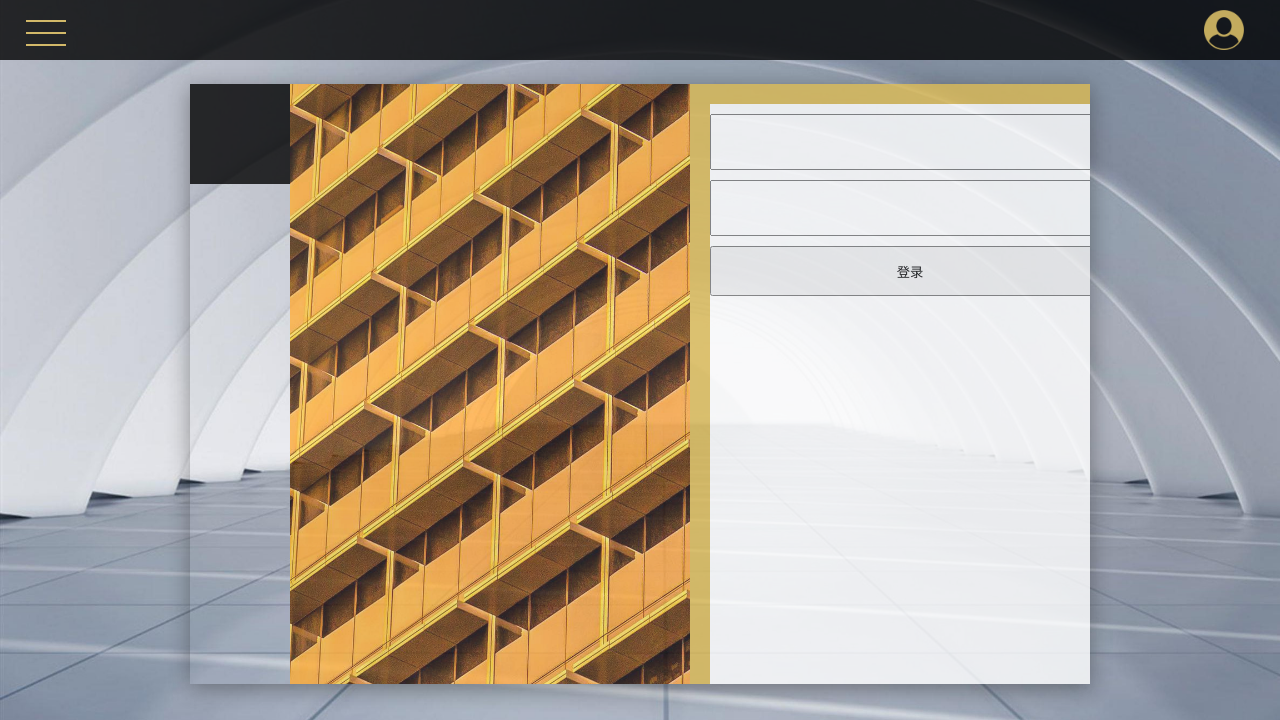
Repository: ustc-hzy/ziYang
Page: login.html
These files come from the project's save history. The page is drawn as it stood at one moment and after the next save; the edit follows.
The browser window is 1280 px wide. The pictures show the whole page.

Above is the page before, as saved 2020-06-19 13:21:05.

After the next save:
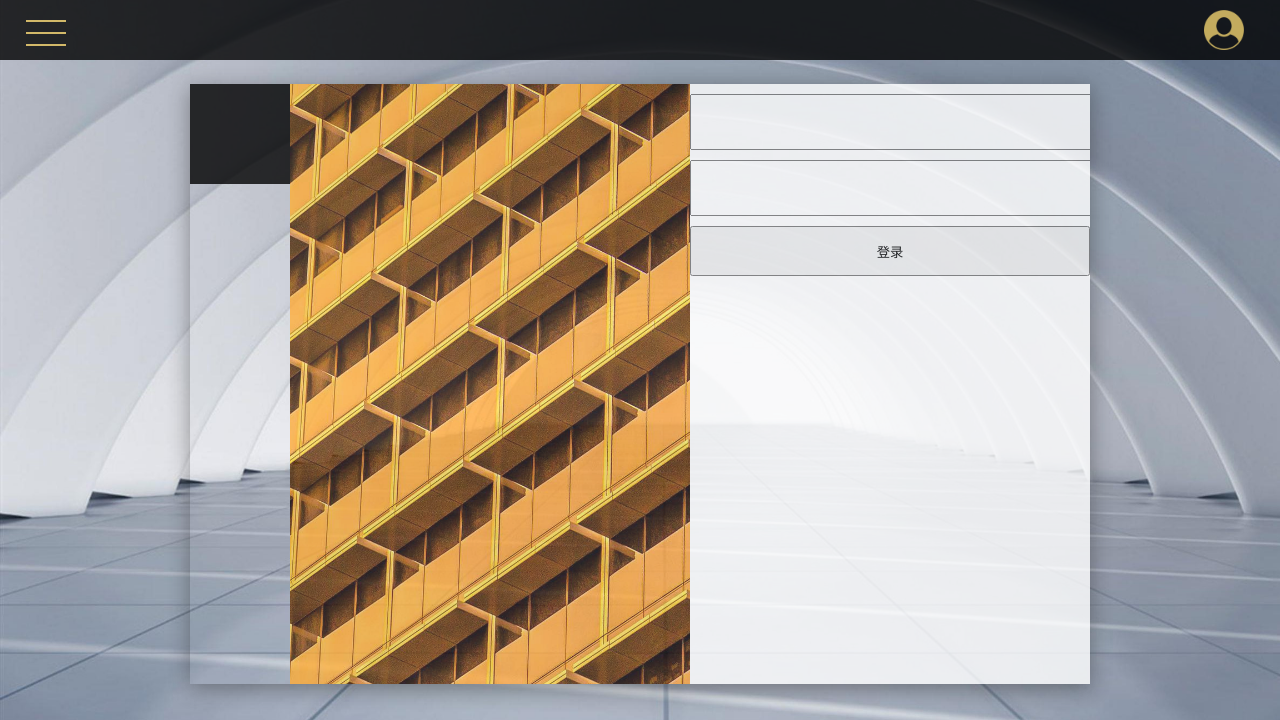
Saved 7 s later.
--- a/css/login.css
+++ b/css/login.css
@@ -69,7 +69,6 @@ body {
 }
 .form{
     background-color: #fff;
-    margin: 20px;
 }
 .login-card input{
     width: 100%;
